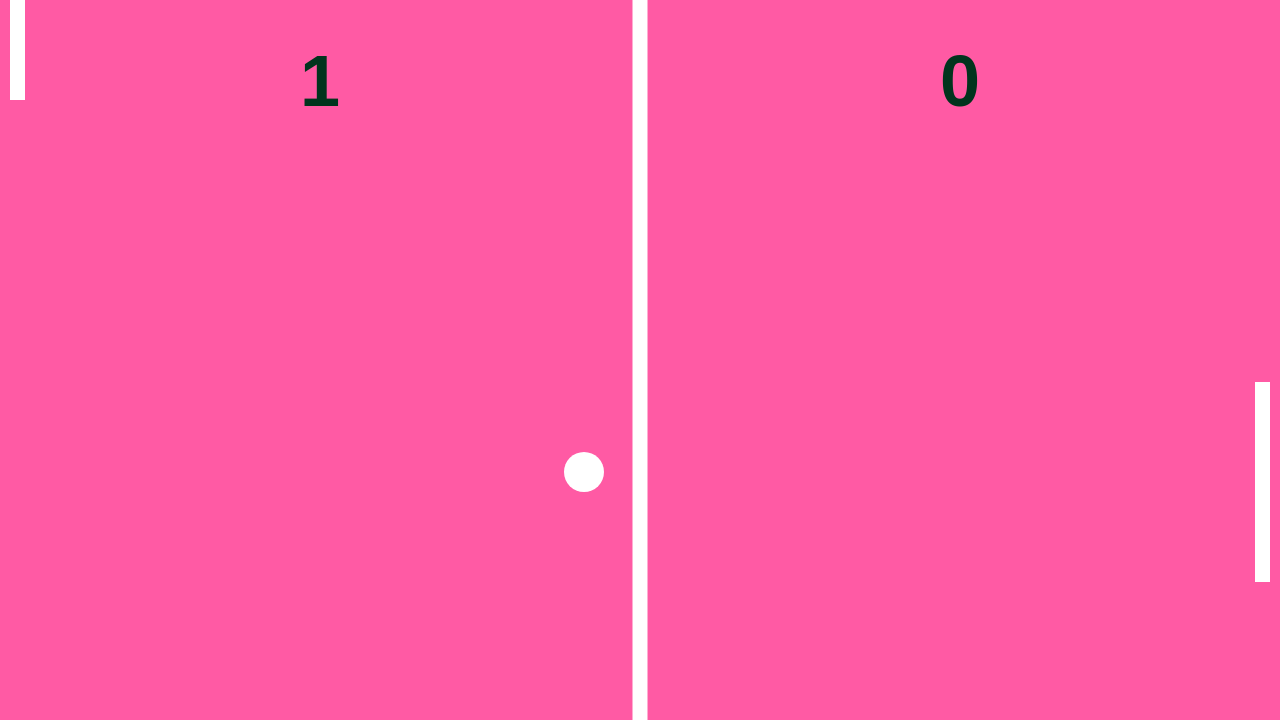
Repository: AkirahCarvalho/ping_pong
Page: index.html
These files come from the project's save history. The page is drawn as it stood at one moment and after a run of saves; the edit follows.
The browser window is 1280 px wide. The pictures show the whole page.

Above is the page before, as saved 2024-04-02 15:30:52.

After the next 2 saves:
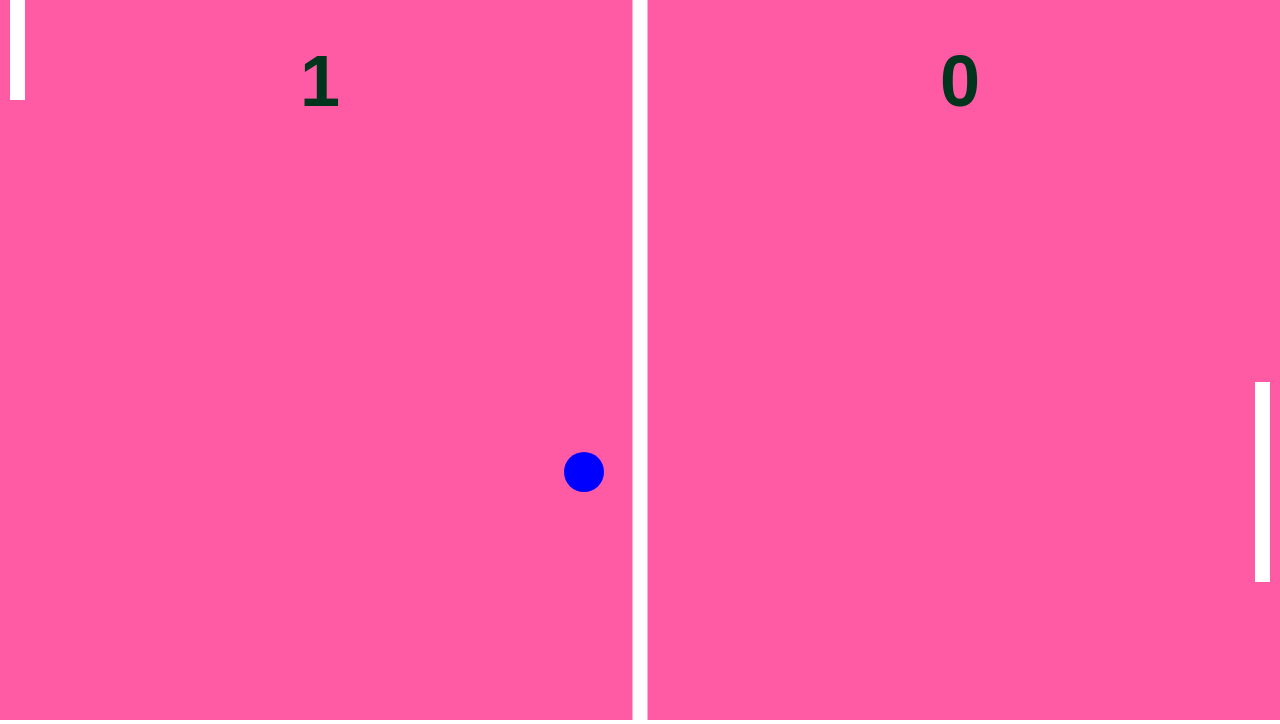
The 2 saves are shown as one change because they came seconds apart.
The last was saved 38 s later.
--- a/index.html
+++ b/index.html
@@ -172,7 +172,7 @@
           this.y += this.directionY * this.speed
         },
         draw: function () {
-          canvasCtx.fillStyle = "#ffffff"//#ffffff
+          canvasCtx.fillStyle = "#0000ff"//#ffffff
           canvasCtx.beginPath()
           canvasCtx.arc(this.x, this.y, this.r, 0, 2 * Math.PI, false)
           canvasCtx.fill()
